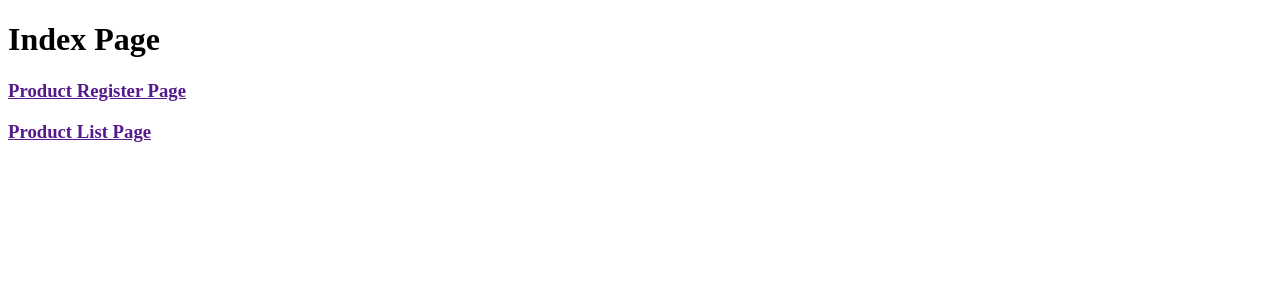
Repository: kurunai/jsp3
Page: http://localhost/jsp_product/
These files come from the project's save history. The page is drawn as it stood at one moment and after the next save; the edit follows.
The browser window is 1280 px wide. The pictures show the whole page.
The page is served by Tomcat 9. Other server files are loaded and not shown.

Above is the page before, as saved 2022-08-30 01:44:31.

### jsp_workspace/jsp_product/src/main/webapp/index.jsp
<%@ page language="java" contentType="text/html; charset=UTF-8"
    pageEncoding="UTF-8"%>
<!DOCTYPE html>
<html>
<head>
<meta charset="UTF-8">
<title>Insert title here</title>
</head>
<body>
	<h1>Index Page</h1>
	<h3>
		<a href="">Product Register Page</a>
	</h3>
	<h3>
		<a href="">Product List Page</a>
	</h3>
</body>
</html>

After the next save:
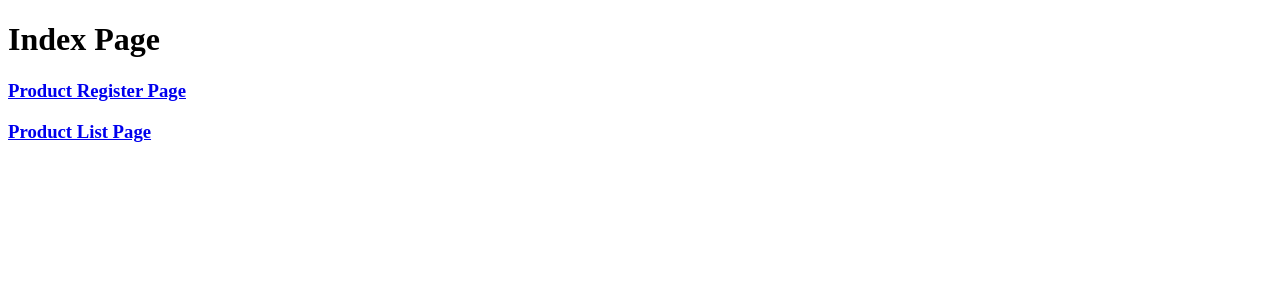
Saved 8 s later.
--- a/jsp_workspace/jsp_product/src/main/webapp/index.jsp
+++ b/jsp_workspace/jsp_product/src/main/webapp/index.jsp
@@ -9,10 +9,10 @@
 <body>
 	<h1>Index Page</h1>
 	<h3>
-		<a href="">Product Register Page</a>
+		<a href="./product/register.pd">Product Register Page</a>
 	</h3>
 	<h3>
-		<a href="">Product List Page</a>
+		<a href="./product.list.pd">Product List Page</a>
 	</h3>
 </body>
 </html>
